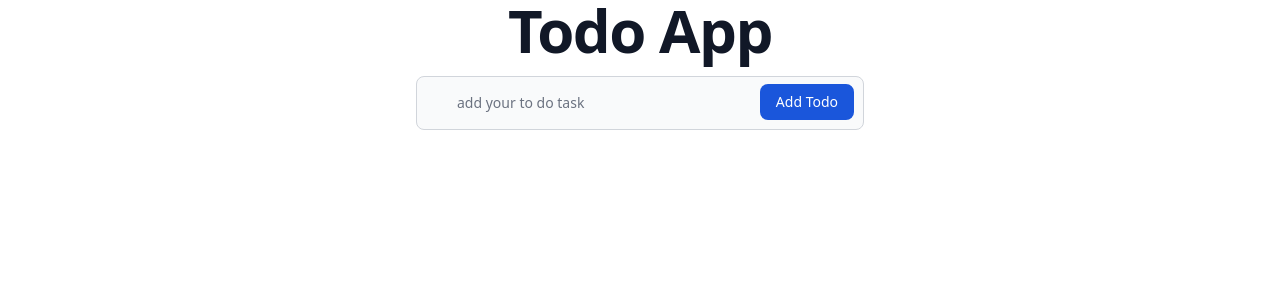
Repository: sodmaq/Todo-App
Page: /
The author's editor kept a copy of each file at every save. The page is drawn from the files as they stood at one save, then again after the next save.
The browser window is 1280 px wide. The pictures show the whole page.
The project was rebuilt for these pictures with package versions that can differ from the ones it lists, and the page was loaded fresh each time. Also part of the build but not shown: vite.config.js, src/components/TodoItem.jsx.

Above is the page before, as saved 2024-09-03 17:24:30.

After the next save:
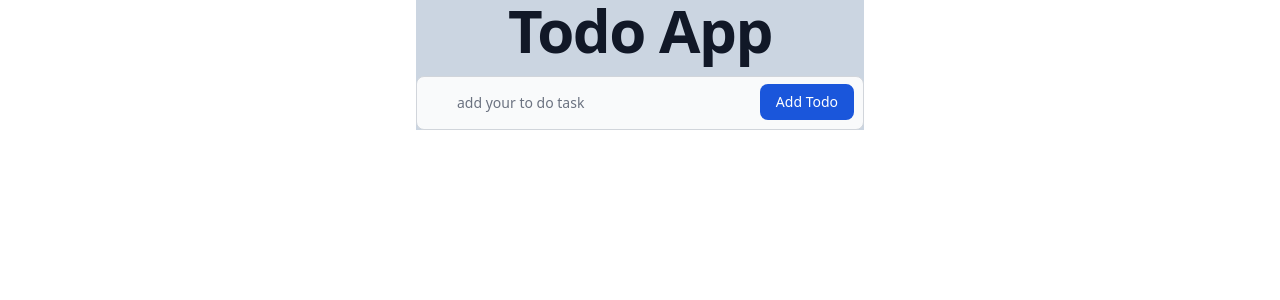
Saved 92 s later.
--- a/src/App.jsx
+++ b/src/App.jsx
@@ -25,7 +25,7 @@
   };
 
   return (
-    <div className="max-w-md mx-auto">
+    <div className="max-w-md mx-auto bg-slate-300">
       <Header />
       <TodoInput addTodo={addTodo} />
       <TodoList

After the save that followed:
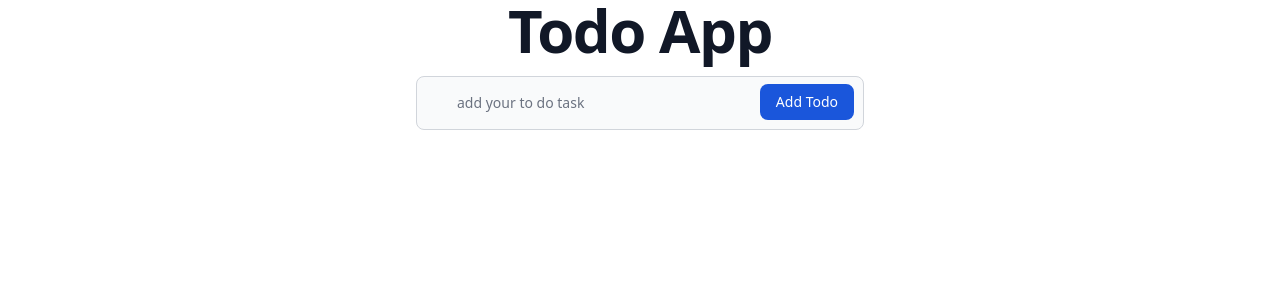
Saved 13 s later.
--- a/src/App.jsx
+++ b/src/App.jsx
@@ -25,7 +25,7 @@
   };
 
   return (
-    <div className="max-w-md mx-auto bg-slate-300">
+    <div className="max-w-md mx-auto">
       <Header />
       <TodoInput addTodo={addTodo} />
       <TodoList
